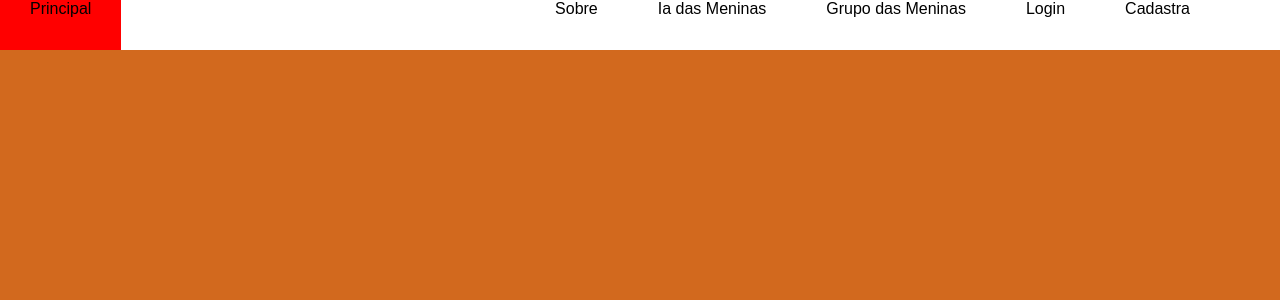
Repository: joaobatistafrontend/pref
Page: http://localhost/
These files come from the project's save history. The page is drawn as it stood at one moment and after the next save; the edit follows.
The browser window is 1280 px wide. The pictures show the whole page.
The page is served by the project's application, run on Django 4.2 (manage.py). Other server files are loaded and not shown.

Above is the page before, as saved 2024-07-26 14:59:01.

### templates/index.html
{% load  static %}
<!DOCTYPE html>
<html lang="en">
<head>
    <meta charset="UTF-8">
    <meta name="viewport" content="width=device-width, initial-scale=1.0">
    <title>Document</title>

    {% load static %}
    <link rel="stylesheet" href="{% static 'css/index.css' %}"></head>
<body>
        <nav>
            <ul>
                <li><a href="">Principal</a></li>
                <li><a href="">Sobre</a></li>
                <li><a href="">Ia das Meninas</a></li>
                <li><a href="">Grupo das Meninas</a></li>
                <li><a href="">Login</a></li>
                <li><a href="">Cadastra</a></li>
                <li><a href=""></a></li>
            </ul>
        </nav>
</body>
</html>

### chat_app/views.py
#https://espere.in/Build-your-chatbot-with-the-power-of-Gemini-API-using-Django/
from django.shortcuts import render, reverse
from django.contrib.auth.decorators import login_required
from .models import ChatBot
from django.http import HttpResponseRedirect, JsonResponse
import google.generativeai as genai
from .treinamentos import contexto_inicial, contexto_de_estudos
#chave api
genai.configure(api_key="AIzaSyCkg2khwEkqTQ7kYa8gVzsz2bWWpweUEO8")


@login_required
def ask_question(request):
    if request.method == "POST":
        text = request.POST.get("text")#receber o texto do user
        model = genai.GenerativeModel("gemini-pro")#modelo da ia

        chat = model.start_chat()#iniciar um chat

        #receber o texto do usuario como parametro
        response = chat.send_message(f"O assunto que vamos conversar é sobre responder perguntas frequentes e prestar suporte a assuntos relacionados às políticas públicas voltadas para as mulheres. Tenha conhecimento e forneça aconselhamento acessível para o {user}. Use as seguintes leis e contextos para ajudar: {contexto_inicial} e {contexto_de_estudos}. Foque em dados do Ceará. Mantenha o foco em responder perguntas frequentes e prestar suporte a assuntos relacionados às políticas públicas voltadas para as mulheres."
)
        user = request.user #ususario
        ChatBot.objects.create(text_input=text, gemini_output=response.text, user=user)#criar um batepapo

        response_data = {#extrair apenas a resposta
            "text": response.text,  #tranforma a resposta em texto
        }
        return JsonResponse({"data": response_data})
    else:
        return HttpResponseRedirect(
            reverse("chat")
        )


@login_required
def chat(request):
    user = request.user #saber o user autenticado
    chats = ChatBot.objects.filter(user=user)
    return render(request, "chat_bot.html", {"chats": chats})

def index(request):

    return render(request, "index.html")

### chatbot/urls.py

from django.contrib import admin
from django.urls import path, include

urlpatterns = [
    path('admin/', admin.site.urls),
    path('', include('chat_app.urls'))
]

### chat_app/urls.py

from django.contrib import admin
from django.urls import path, include
from . import views

urlpatterns = [
    path("", views.index, name="index"),
    path("ask_question/", views.ask_question, name="ask_question"),
]

### chat_app/treinamentos.py
#visão geral das políticas públicas para mulheres no Brasil
contexto_inicial = (
    "1. Visão Geral: As políticas públicas para as mulheres no Brasil têm evoluído ao longo dos anos, refletindo mudanças nas normas sociais, avanços no movimento feminista e maior reconhecimento dos direitos das mulheres.\n\n"

    "2. Marcos Históricos:\n"
    "* Criação do Conselho Nacional dos Direitos da Mulher (CNDM) em 1985.\n"
    "* Aprovação da Lei do Divórcio (Lei 6.515/1977) e da Lei dos Crimes Hediondos (Lei 8.072/1990), que incluía o feminicídio como crime hediondo.\n"
    "* Aprovação da Lei de Igualdade Salarial (Lei 7.855/1989).\n"
    "* Criação das Delegacias de Defesa da Mulher.\n\n"

    "3. Leis e Programas Recentes:\n"
    "* Aprovação da Lei Maria da Penha em 2006.\n"
    "* Criação do Programa Bolsa Família em 2003.\n"
    "* Criação do Programa de Assistência Integral à Saúde da Mulher (PAISM).\n"
    "* Política Nacional de Enfrentamento à Violência contra as Mulheres.\n\n"

    "4. Outras Iniciativas Importantes:\n"
    "* Lei de Cotas para Mulheres em Eleições em 1997.\n"
    "* Criação do Programa Pronatec Mulheres em 2011.\n"
    "* Aprovação da Lei do Feminicídio (Lei 13.104/2015).\n\n"

    "5. Medidas Recentes:\n"
    "* Lei da Importunação Sexual (Lei 13.718/2018).\n"
    "* Criação do Ligue 180 em 2013.\n"
    "* Plano Nacional de Políticas para as Mulheres (PNPM).\n"
    "* Política Nacional de Saúde Mental e Direitos das Mulheres.\n"
    "* Medidas para Promover a Igualdade de Gênero no Mercado de Trabalho.\n\n"
)

contexto_de_estudos = (
    "1. Legislação e Normas:\n"
    "  * Leis federais e estaduais: Lei Maria da Penha, Lei do Feminicídio, etc.\n"
    "  * Decretos e portarias.\n"
    "  * Normas técnicas.\n\n"

    "2. Programas e Iniciativas:\n"
    "  * Programas governamentais.\n"
    "  * Iniciativas de ONGs.\n\n"

    "3. Serviços Disponíveis:\n"
    "  * Centros de Atendimento.\n"
    "  * Telefones de Emergência.\n\n"

    "4. Estatísticas e Estudos:\n"
    "  * Dados estatísticos.\n"
    "  * Estudos e pesquisas.\n\n"

    "5. Direitos e Benefícios:\n"
    "  * Direitos das mulheres.\n"
    "  * Benefícios sociais.\n\n"

    "6. Processos e Procedimentos:\n"
    "  * Como acessar serviços.\n"
    "  * Procedimentos legais.\n\n"

    "7. Educação e Capacitação:\n"
    "  * Cursos e treinamentos.\n"
    "  * Campanhas educativas.\n\n"

    "8. Informações Regionais:\n"
    "  * Especificidades locais.\n\n"

    "Fontes de Dados:\n"
    "  * Sites oficiais do governo.\n"
    "  * Organizações internacionais.\n"
    "  * Instituições de pesquisa.\n"
    "  * Documentos legais.\n"
)

### static/css/index.css
*{
    margin: 0;
    padding: 0;
    font-family:sans-serif;
}
body{
    height: 100vh;
    background-color: chocolate;
    /* background: linear-gradient(transparent, #213444); */
    font-family: Arial, Helvetica, sans-serif;

}
nav{
    background-color: #fff;
}

nav ul{
    width: 100%;
    list-style: none;
    display: flex;
    justify-content: flex-end;
    align-items: center;
}
nav li{
    height: 50px;
}
nav a {
    height: 100%;
    padding: 0 30px;
    text-decoration: none;
    display: flex;
    align-self: center;
    color: #000;
}
nav a:hover{
    background-color: red;
}
nav li:first-child{
    margin-right: auto;
}

After the next save:
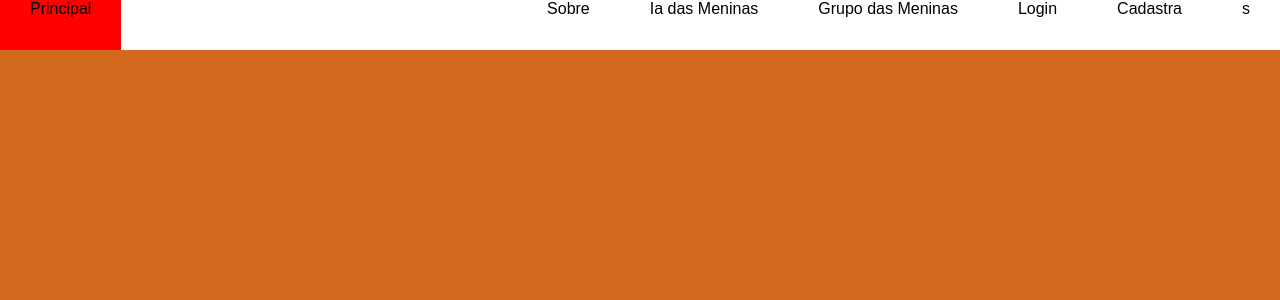
Saved 5 s later.
--- a/templates/index.html
+++ b/templates/index.html
@@ -17,7 +17,7 @@
                 <li><a href="">Grupo das Meninas</a></li>
                 <li><a href="">Login</a></li>
                 <li><a href="">Cadastra</a></li>
-                <li><a href=""></a></li>
+                <li><a href="">s</a></li>
             </ul>
         </nav>
 </body>

After the 3 saves that followed:
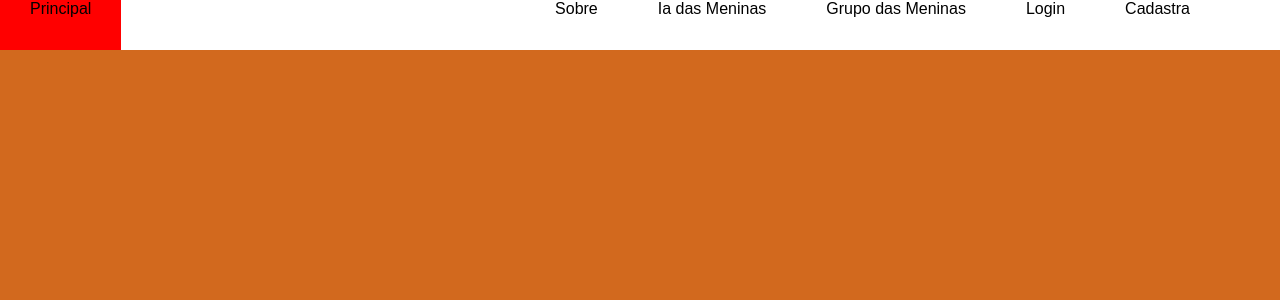
The 3 saves are shown as one change because they came seconds apart.
The last was saved 7 s later.
--- a/templates/index.html
+++ b/templates/index.html
@@ -17,7 +17,7 @@
                 <li><a href="">Grupo das Meninas</a></li>
                 <li><a href="">Login</a></li>
                 <li><a href="">Cadastra</a></li>
-                <li><a href="">s</a></li>
+                <li><a href=""><img src="" alt=""></a></li>
             </ul>
         </nav>
 </body>
